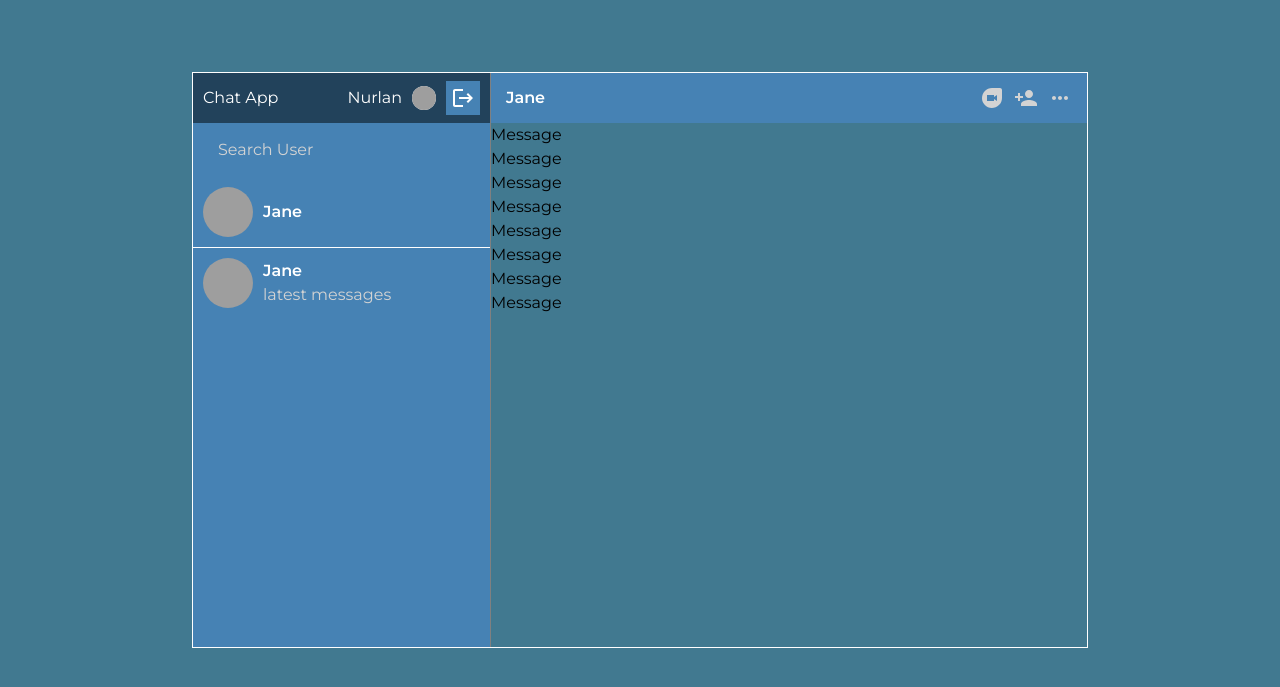
Repository: Nurlan-Bakenbaev/chat-app
Page: /
These files come from the project's save history. The page is drawn as it stood at one moment and after the next save; the edit follows.
The browser window is 1280 px wide. The pictures show the whole page.
Pictures or frames that could not be fetched are drawn as grey boxes. The project was rebuilt for these pictures with package versions that can differ from the ones it lists, and the page was loaded fresh each time. Also part of the build but not shown: vite.config.js. Imported but missing from the stored project, and not drawn on this page: src/pages/Login.

Above is the page before, as saved 2023-08-19 18:19:50.

After the next save:
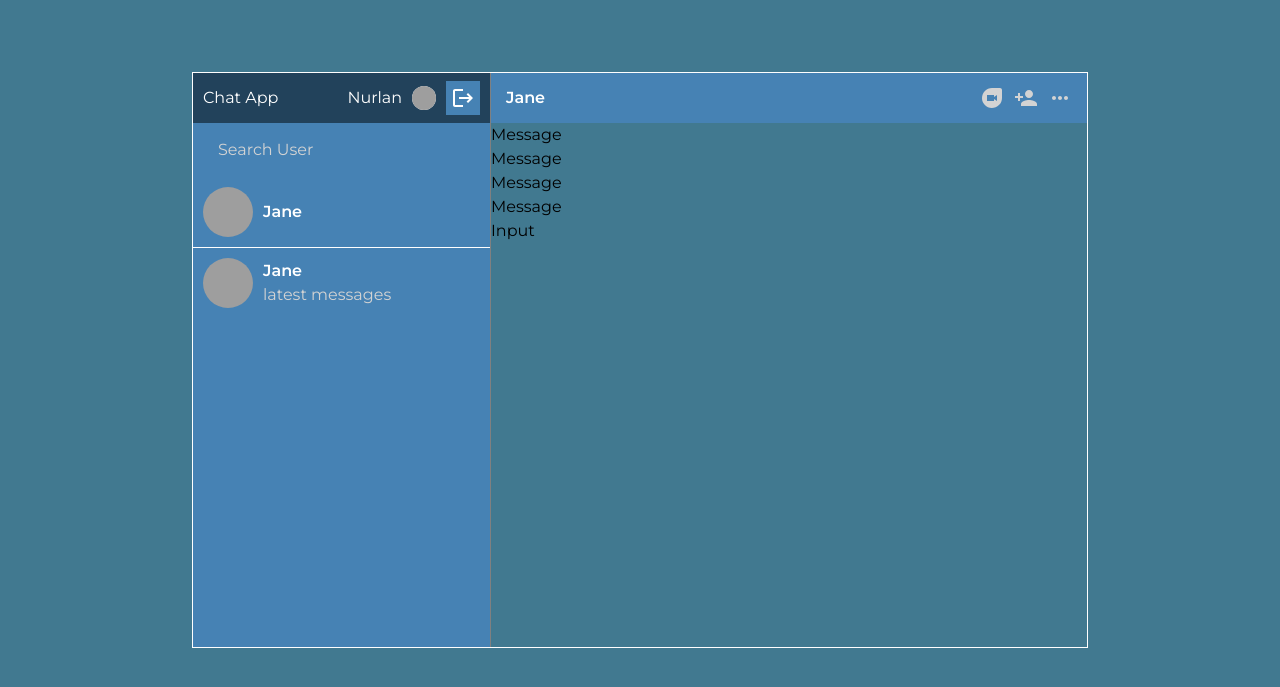
Saved 4 s later.
--- a/src/components/Chat.jsx
+++ b/src/components/Chat.jsx
@@ -3,7 +3,7 @@ import DuoIcon from "@mui/icons-material/Duo";
 import PersonAddIcon from "@mui/icons-material/PersonAdd";
 import MoreHorizIcon from "@mui/icons-material/MoreHoriz";
 import Messages from "./Messages";
-import Input from "./Messages";
+import Input from "./Input";
 const Chat = () => {
   return (
     <div className="chat">
